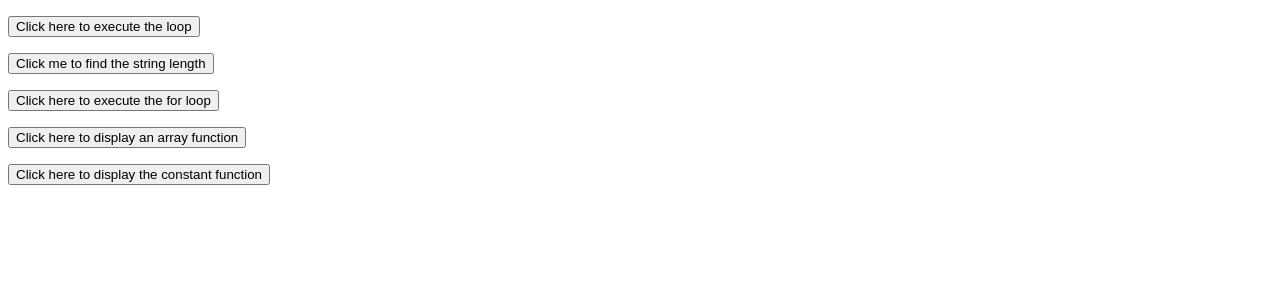
Repository: andyd71/Javascript-Projects
Page: Basic Javascript Projects/Project10_loops_arrays/index.html
The author's editor kept a copy of each file at every save. The page is drawn from the files as they stood at one save, then again after the next save.
The browser window is 1280 px wide. The pictures show the whole page.

Above is the page before, as saved 2021-03-20 21:30:17.

### Basic Javascript Projects/Project10_loops_arrays/index.html
<!doctype html>
<html lang="en">
  <head>
    <!-- Required meta tags -->
    <meta charset="utf-8">
    <meta name="viewport" content="width=device-width, initial-scale=1, shrink-to-fit=no">


  </head>
  <body>
      <p id="Loop"></p>
      <button onclick="Call_Loop()">Click here to execute the loop</button>
      <p id="Str_length"></p>
      <button onclick="str_length()">Click me to find the string length</button>
      <p id="List_of_Instruments"></p>
      <button onclick="for_Loop()">Click here to execute the for loop</button>
      <p id="Array"></p>
      <button onclick="array_Function()">Click here to display an array function</button>
      <p id="Constant"></p>
      <button onclick="constant_function()">Click here to display the constant function</button>


      <script src="JS/main.js"></script>
</body>
</html>

### Basic Javascript Projects/Project10_loops_arrays/JS/main.js
function Call_Loop() {
    var Digit = "";
    var X = 50;
    while (X > 0) {
        Digit += "<br>" + X;
        X--;
    }
    document.getElementById("Loop").innerHTML = Digit;
}

function Str_length() {
    var str = "Boys will be boys";
    var n = str.length;
    document.getElementById("str_length").innerHTML = n;
}

After the next save:
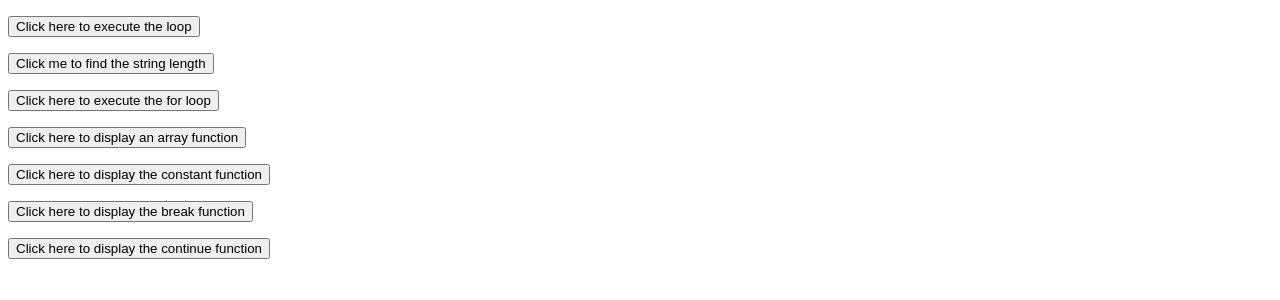
Saved 88 s later.
--- a/Basic Javascript Projects/Project10_loops_arrays/index.html
+++ b/Basic Javascript Projects/Project10_loops_arrays/index.html
@@ -18,6 +18,13 @@
       <button onclick="array_Function()">Click here to display an array function</button>
       <p id="Constant"></p>
       <button onclick="constant_function()">Click here to display the constant function</button>
+      <p id="break_function"></p>
+      <button onclick="stop()">Click here to display the break function</button>
+      <p id="continue_function"></p>
+      <button onclick="cont()">Click here to display the continue function</button>
+      <p id="back"></p>
+      <p id="Phone_Object"></p>
+
 
 
       <script src="JS/main.js"></script>
